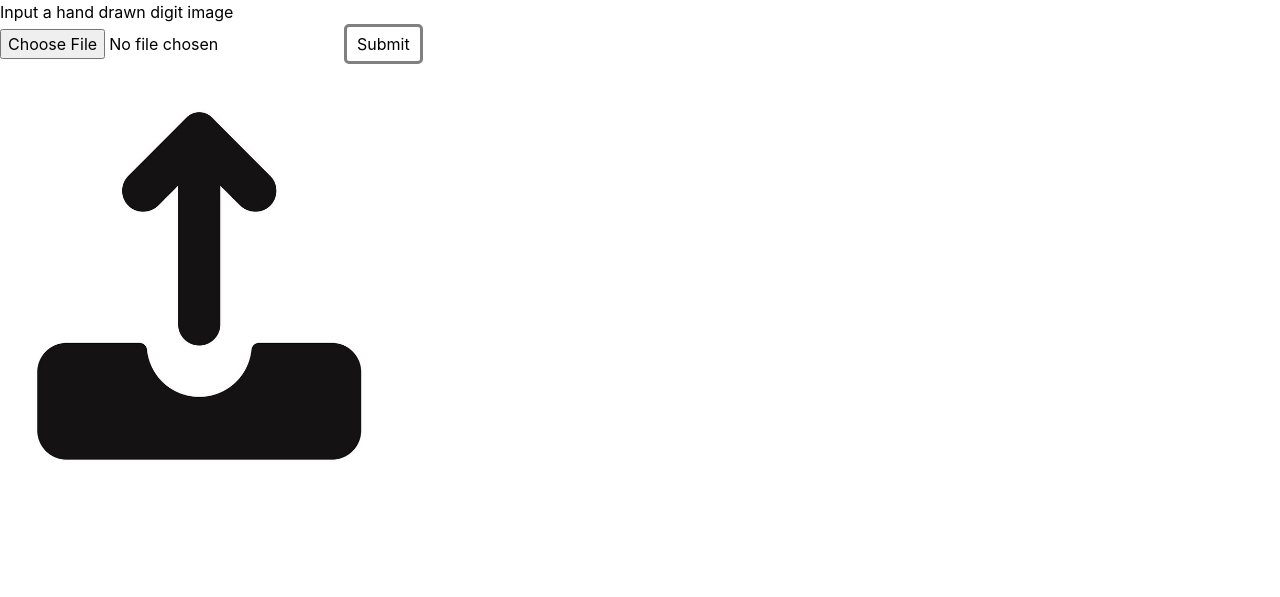
Repository: Laanith/TensorflowModelDeployment
Page: / (app in tensorflownode/)
These files come from the project's save history. The page is drawn as it stood at one moment and after the next save; the edit follows.
The browser window is 1280 px wide. The pictures show the whole page.
The project was rebuilt for these pictures with package versions that can differ from the ones it lists, and the page was loaded fresh each time.

Above is the page before, as saved 2023-10-24 13:06:30.

After the next save:
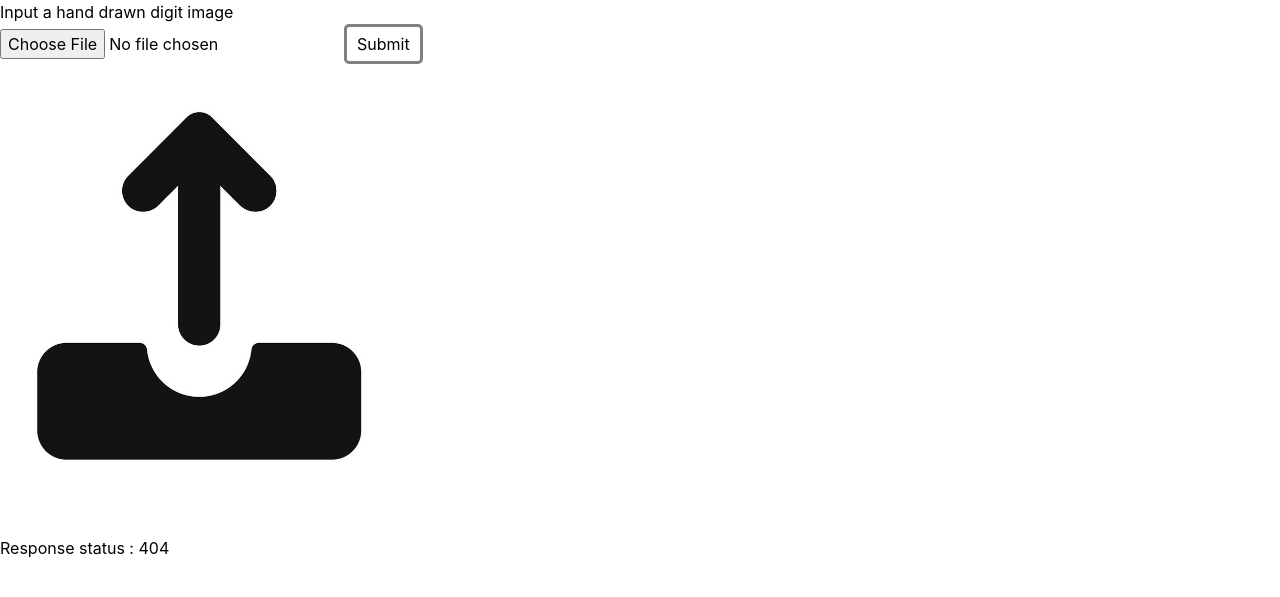
Saved 53 s later.
--- a/tensorflownode/src/App.js
+++ b/tensorflownode/src/App.js
@@ -85,7 +85,8 @@ function App() {
           <br></br>
           <br></br>
           {uploaded && <p>Upload status : Uploaded !</p>}
-          {FDUpdated && <p>FD status : Updated !</p>}
+                {FDUpdated && <p>FD status : Updated !</p>}
+                <p>Response status : { responseStatus}</p>
         </div>
       </>
     );
